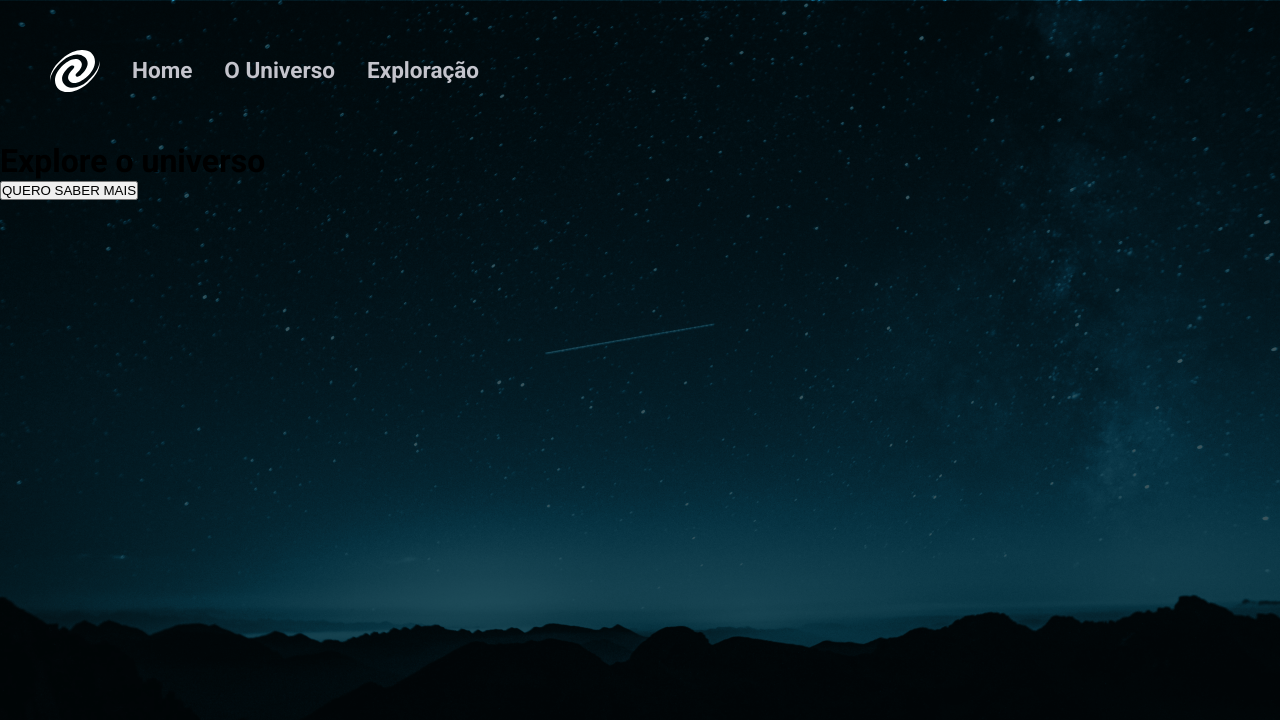
Repository: eltonneiferson/spaUniverse
Page: index.html
The author's editor kept a copy of each file at every save. The page is drawn from the files as they stood at one save, then again after the next save.
The browser window is 1280 px wide. The pictures show the whole page.

Above is the page before, as saved 2022-10-26 22:12:11.

After the next save:
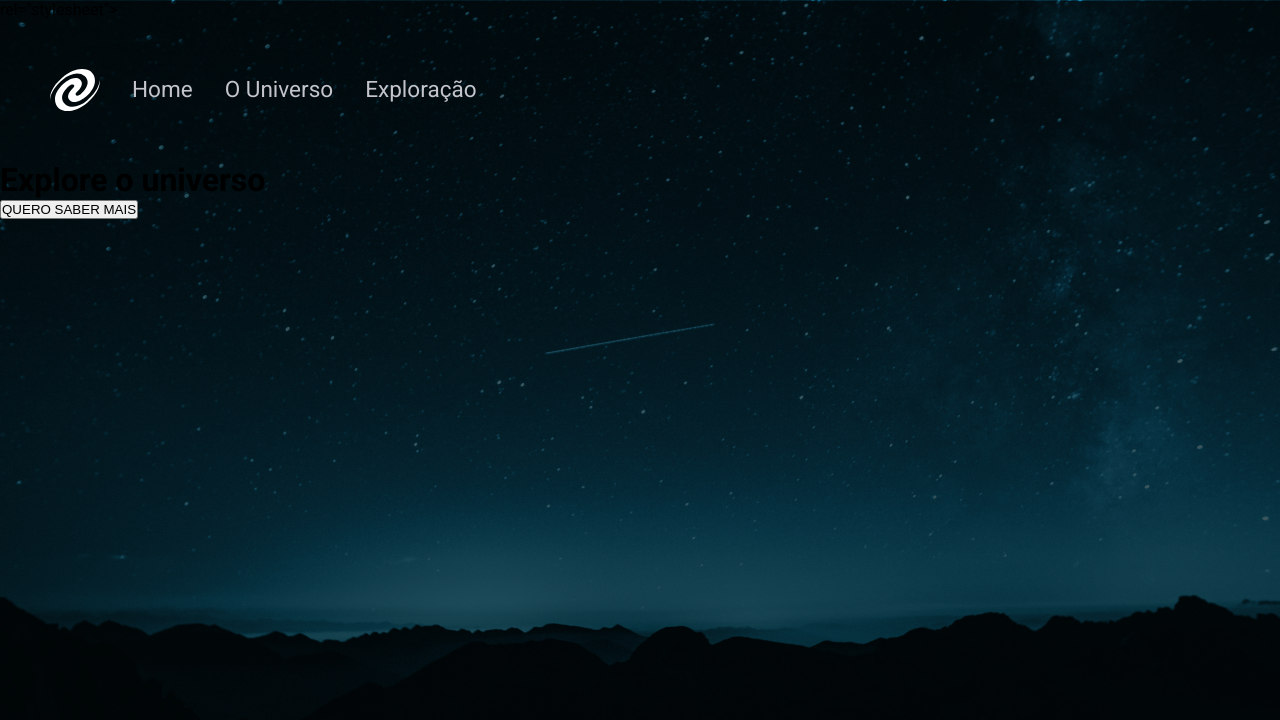
Saved 106 s later.
--- a/index.html
+++ b/index.html
@@ -10,8 +10,8 @@
 
     <link rel="stylesheet" href="stylle.css">
     <link rel="preconnect" href="https://fonts.googleapis.com">
-    <link rel="preconnect" href="https://fonts.gstatic.com" crossorigin>
-    <link href="https://fonts.googleapis.com/css2?family=Roboto:wght@700&display=swap" rel="stylesheet">
+<link rel="preconnect" href="https://fonts.gstatic.com" crossorigin>
+<link href="https://fonts.googleapis.com/css2?family=Roboto:wght@400;700&display=swap" rel="stylesheet">rel="stylesheet">
 </head>
 
 <body>
